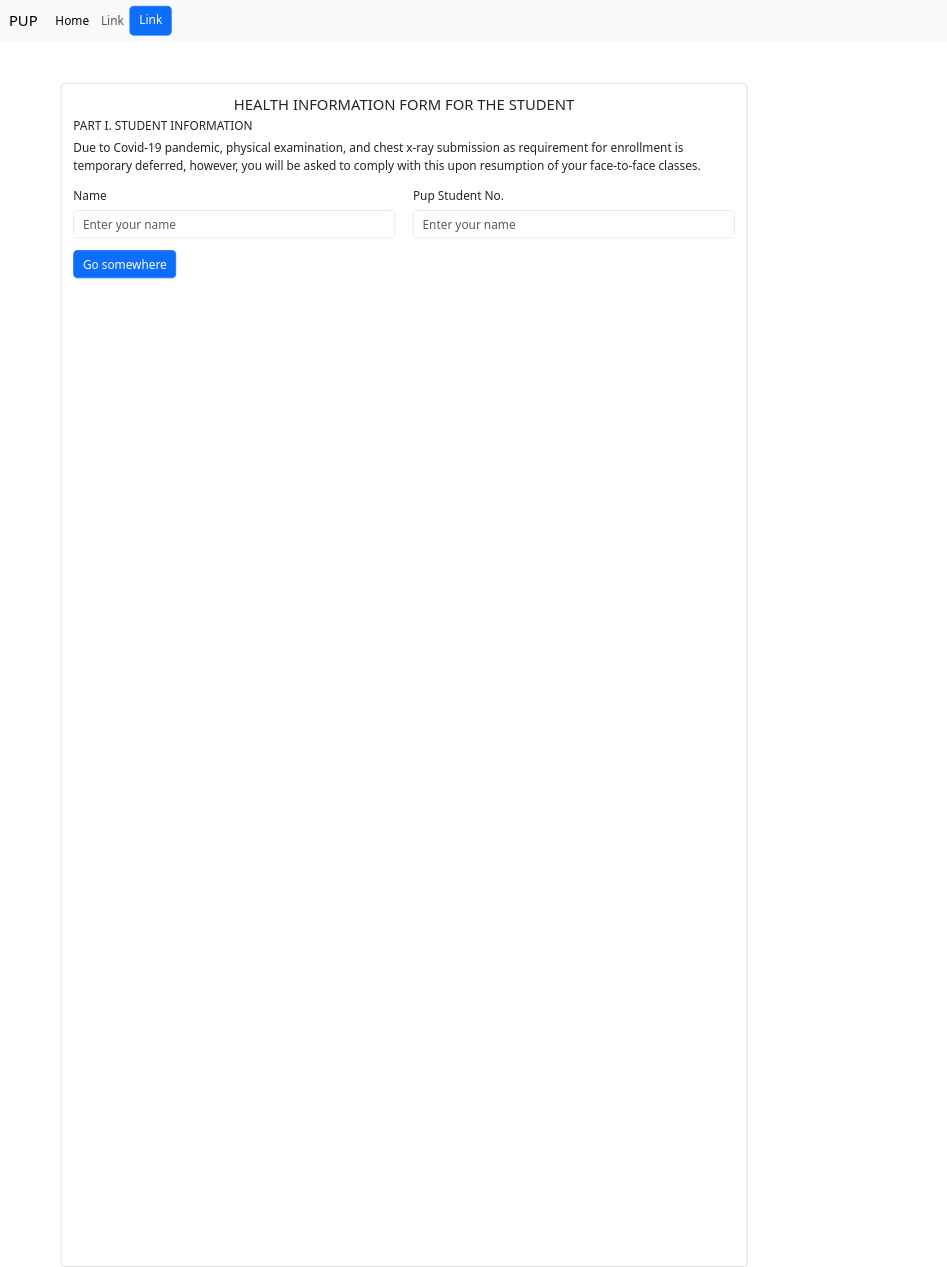
Repository: Nicktacku/webdev
Page: form.html
These files come from the project's save history. The page is drawn as it stood at one moment and after the next save; the edit follows.
The browser window is 1280 px wide. The pictures show the whole page, at 74% of full size.

Above is the page before, as saved 2024-07-15 16:54:30.

After the next save:
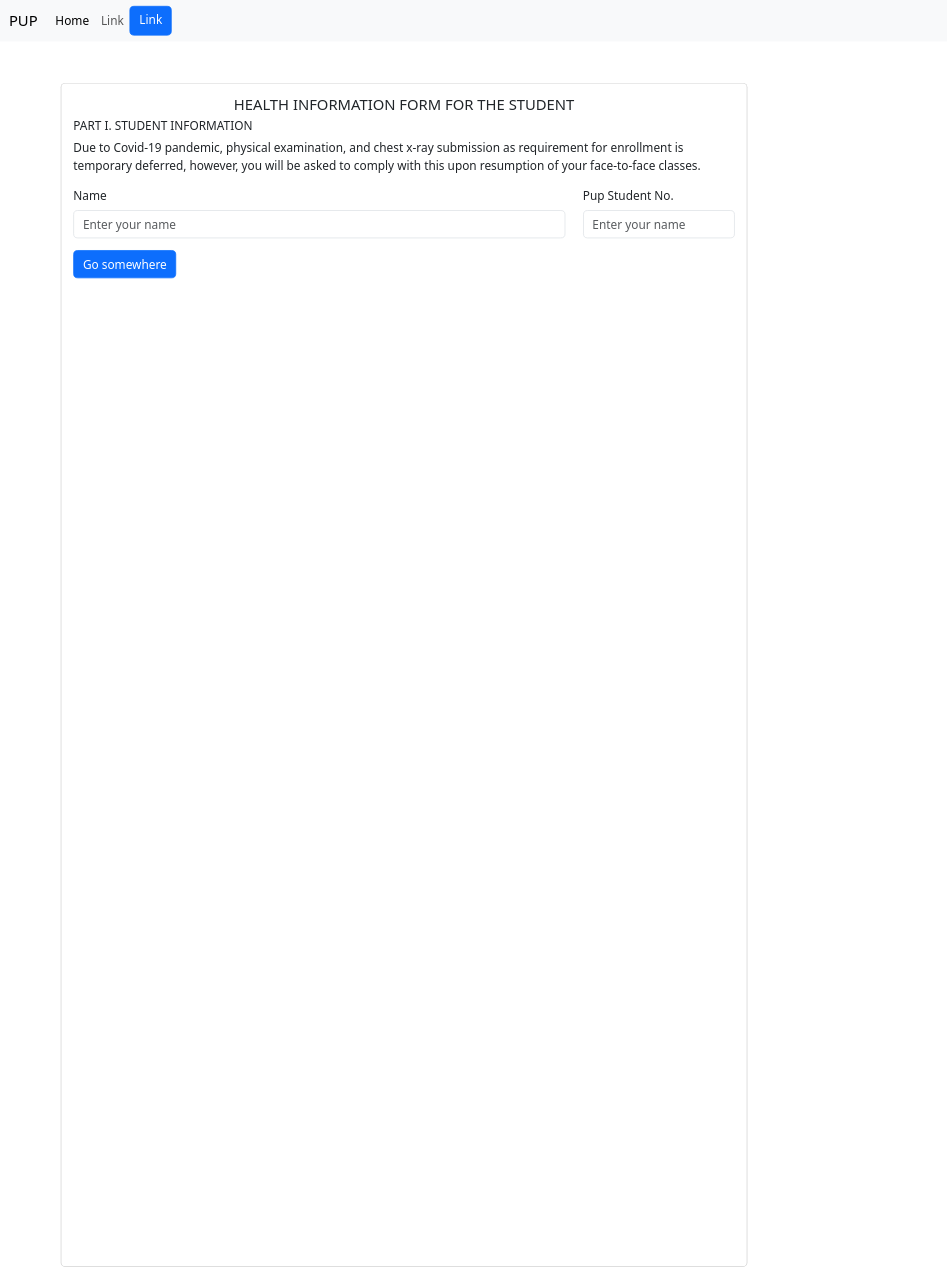
Saved 20 s later.
--- a/form.html
+++ b/form.html
@@ -55,7 +55,7 @@
             temporary deferred, however, you will be asked to comply with this upon resumption of your face-to-face classes.</p>
 
             <div class="row">
-                <div class="col">
+                <div class="col-9">
                     <div class="mb-3">
                         <label for="name" class="form-label">Name</label>
                         <input type="text" class="form-control" id="name-input" placeholder="Enter your name">
